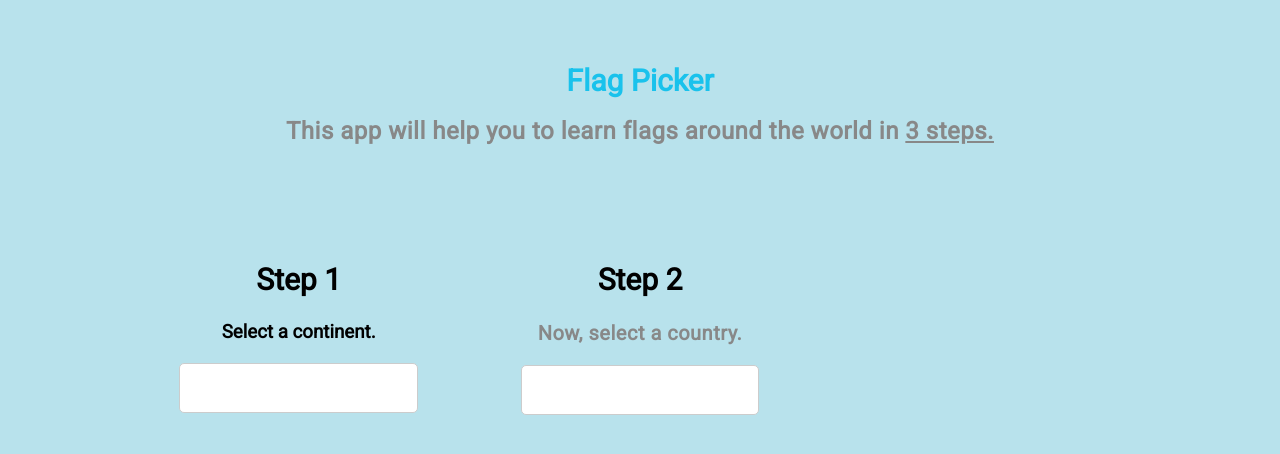
Repository: paras-shah/flag-app
Page: /
The author's editor kept a copy of each file at every save. The page is drawn from the files as they stood at one save, then again after the next save.
The browser window is 1280 px wide. The pictures show the whole page.
The project was rebuilt for these pictures with package versions that can differ from the ones it lists, and the page was loaded fresh each time.

Above is the page before, as saved 2020-02-11 22:10:46.

### public/index.html
<!DOCTYPE html>
<html lang="en">
  <head>
    <meta charset="utf-8" />
    <link rel="icon" href="%PUBLIC_URL%/favicon.ico" />
    <meta name="viewport" content="width=device-width, initial-scale=1" />
    <meta name="theme-color" content="#000000" />
    <meta
      name="description"
      content="Web site created using create-react-app"
    />
    <link rel="apple-touch-icon" href="%PUBLIC_URL%/logo192.png" />
    <link href="https://fonts.googleapis.com/css?family=Roboto&display=swap" rel="stylesheet">
    <!--
      manifest.json provides metadata used when your web app is installed on a
      user's mobile device or desktop. See https://developers.google.com/web/fundamentals/web-app-manifest/
    -->
    <link rel="manifest" href="%PUBLIC_URL%/manifest.json" />
    <!--
      Notice the use of %PUBLIC_URL% in the tags above.
      It will be replaced with the URL of the `public` folder during the build.
      Only files inside the `public` folder can be referenced from the HTML.

      Unlike "/favicon.ico" or "favicon.ico", "%PUBLIC_URL%/favicon.ico" will
      work correctly both with client-side routing and a non-root public URL.
      Learn how to configure a non-root public URL by running `npm run build`.
    -->
    <title>Flag App</title>
  </head>
  <body>
    <noscript>You need to enable JavaScript to run this app.</noscript>
    <div id="root"></div>
    <!--
      This HTML file is a template.
      If you open it directly in the browser, you will see an empty page.

      You can add webfonts, meta tags, or analytics to this file.
      The build step will place the bundled scripts into the <body> tag.

      To begin the development, run `npm start` or `yarn start`.
      To create a production bundle, use `npm run build` or `yarn build`.
    -->
  </body>
</html>

### src/index.js
import React from 'react';
import ReactDOM from 'react-dom';

import './style/normalize.css';
import './style/index.css';

import App from './App';

ReactDOM.render(<App />, document.getElementById('root'));

### src/style/index.css
body {
	margin: 0;
	font-family: -apple-system, BlinkMacSystemFont, "Segoe UI", "Roboto",
		"Oxygen", "Ubuntu", "Cantarell", "Fira Sans", "Droid Sans",
		"Helvetica Neue", sans-serif;
	-webkit-font-smoothing: antialiased;
	-moz-osx-font-smoothing: grayscale;
	background-color: rgb(184, 226, 236);
}

.app-main {
	margin: 1% auto;
	padding: 10px;
	text-align: center;
	width: 80%;
	font-family: "Roboto";
}

header {
	margin: 4% auto;
}

.main-text {
	font-size: 30px;
}

h1.main-text {
	color: rgb(25, 194, 236);
	font-size: 30px;
}

.sub-text {
	font-size: 24px;
	color: #888;
	letter-spacing: 0.5px;
}

h2 span {
	text-decoration: underline;
}

/* content */
.app-content {
	display: flex;
	flex-direction: row;
	justify-content: flex-start;
}

.app-content .column {
	width: 33.3%;
	padding: 5%;
}

.column-sub-text {
	font-size: 20px;
	color: #888;
	letter-spacing: 0.5px;
}


.column input {
	width: 100%;
	height: 50px;
	border: solid 1px #ccc;
	border-radius: 5px;
	font-size: 20px;
	line-height: 50px;
	padding: 5px;
	box-sizing: border-box;
}

### src/App.js
import React from 'react';

// Components
import Search from "./components/Search";

// Config
import COPY from "./config/copy";
import data from "./config/continents.json";


class App extends React.Component {
  constructor(props) {
    super(props);

    this.state = {
      flagData: null,
      selectedContinent: null,
      selectedCountry: [],
    }
  }

  componentDidMount() {
    this.setState({ flagData: data });
  }


  render() {
    return (
      <main className="app-main">
        <header className="app-header">
          <h1 className="main-text">{COPY.HEADER_TEXT}</h1>
          <h2 className="sub-text">{COPY.HEADER_SUBTEXT} <span> {COPY.HEADER_SUBTEXT_TWO} </span></h2>
        </header>

        <div className="app-content">
          {/* Continent */}
          <section className="column">
            <h2 className="main-text">{COPY.COLUMN_ONE_HEADING}</h2>
            <h3 className="columnSubText">{COPY.COLUMN_ONE_SUBTEXT} </h3>

            <Search />
          </section>

          {/* Country */}
          <section className="column">
            <h2 className="main-text">{COPY.COLUMN_TWO_HEADING}</h2>
            <h3 className="column-sub-text">{COPY.COLUMN_TWO_SUBTEXT} </h3>

            <Search />
          </section>

          {/* Flag Column */}
          <section className="column">

          </section>

        </div>
      </main>
    );
  }
}

export default App;

### src/components/Search.js
import React from "react";

class Search extends React.Component {
    constructor(props) {
        super(props);

        this.state = {
            textValue: '',
            allValues: props.possibleValues,
            possibleValuesBasedOnText: props.possibleValues,
            type: props.type,
            selectedValue: props.selectType === "Multi"? []: ''
        }

        this.onTextChange = this.onTextChange.bind(this);
    }

    onTextChange = (event) => {
        this.setState({ value: event.target.value });
    }


    render() {
        return <input type="text" value={this.state.value}
        onChange={this.onTextChange} />
    }
}

export default Search;

### src/config/copy.js
export default {
    HEADER_TEXT : "Flag Picker",
    HEADER_SUBTEXT : "This app will help you to learn flags around the world in",
    HEADER_SUBTEXT_TWO : "3 steps.",

    COLUMN_ONE_HEADING:"Step 1",
    COLUMN_ONE_SUBTEXT:"Select a continent.",

    COLUMN_TWO_HEADING:"Step 2",
    COLUMN_TWO_SUBTEXT:"Now, select a country.",

    COLUMN_THREE_HEADING:"Step 3",
    COLUMN_THREE_SUBTEXT:"Flags.",

    SELECTED:"You selected",



};

### src/config/continents.json
[
	{
		"continent": "Africa",
		"countries": [
			{
				"name": "Nigeria",
				"flag": "🇳🇬"
			},
			{
				"name": "Ethiopia",
				"flag": "🇪🇹"
			},
			{
				"name": "Egypt",
				"flag": "🇪🇬"
			},
			{
				"name": "DR Congo",
				"flag": "🇨🇩"
			},
			{
				"name": "South Africa",
				"flag": "🇿🇦"
			}
		]
	},
	{
		"continent": "America",
		"countries": [
			{
				"name": "USA",
				"flag": "🇺🇸"
			},
			{
				"name": "Brazil",
				"flag": "🇧🇷"
			},
			{
				"name": "Mexico",
				"flag": "🇲🇽"
			},
			{
				"name": "Colombia",
				"flag": "🇨🇴"
			},
			{
				"name": "Argentina",
				"flag": "🇦🇷"
			}
		]
	},
	{
		"continent": "Asia",
		"countries": [
			{
				"name": "China",
				"flag": "🇨🇳"
			},
			{
				"name": "India",
				"flag": "🇮🇳"
			},
			{
				"name": "Indonesia",
				"flag": "🇮🇩"
			},
			{
				"name": "Pakistan",
				"flag": "🇵🇰"
			},
			{
				"name": "Bangladesh",
				"flag": "🇧🇩"
			}
		]
	},
	{
		"continent": "Europe",
		"countries": [
			{
				"name": "Russia",
				"flag": "🇷🇺"
			},
			{
				"name": "Germany",
				"flag": "🇩🇪"
			},
			{
				"name": "UK",
				"flag": "🇬🇧"
			},
			{
				"name": "France",
				"flag": "🇫🇷"
			},
			{
				"name": "Italy",
				"flag": "🇮🇹"
			}
		]
	},
	{
		"continent": "Oceania",
		"countries": [
			{
				"name": "Australia",
				"flag": "🇦🇺"
			},
			{
				"name": "Papua New Guinea",
				"flag": "🇵🇬"
			},
			{
				"name": "New Zealand",
				"flag": "🇳🇿"
			},
			{
				"name": "Fiji",
				"flag": "🇫🇯"
			},
			{
				"name": "Solomon Islands",
				"flag": "🇸🇧"
			}
		]
	}
]

Loaded but not shown: src/style/normalize.css (library)

After the next save:
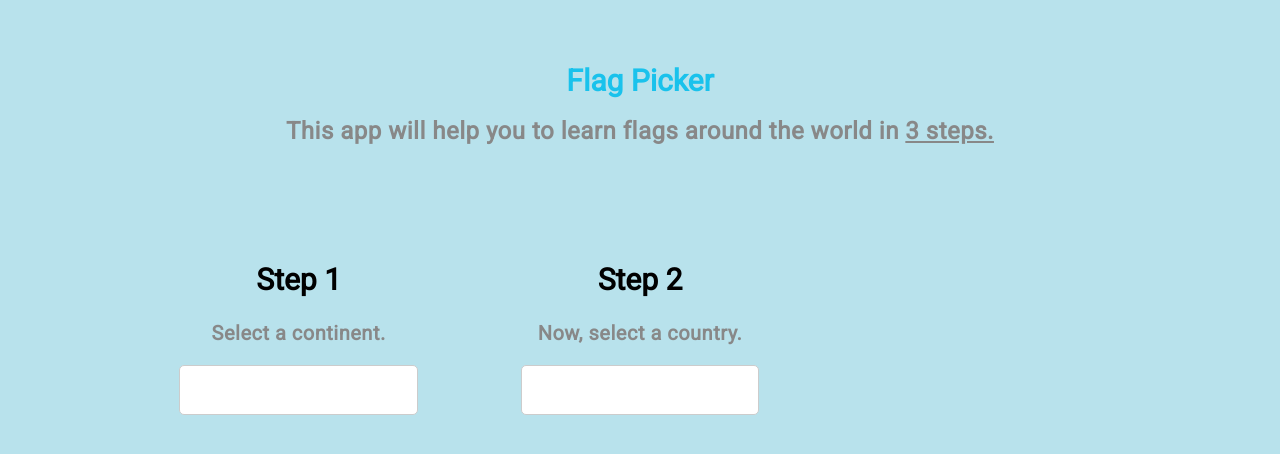
Saved 9 s later.
--- a/src/App.js
+++ b/src/App.js
@@ -36,7 +36,7 @@ class App extends React.Component {
           {/* Continent */}
           <section className="column">
             <h2 className="main-text">{COPY.COLUMN_ONE_HEADING}</h2>
-            <h3 className="columnSubText">{COPY.COLUMN_ONE_SUBTEXT} </h3>
+            <h3 className="column-sub-text">{COPY.COLUMN_ONE_SUBTEXT} </h3>
 
             <Search />
           </section>
